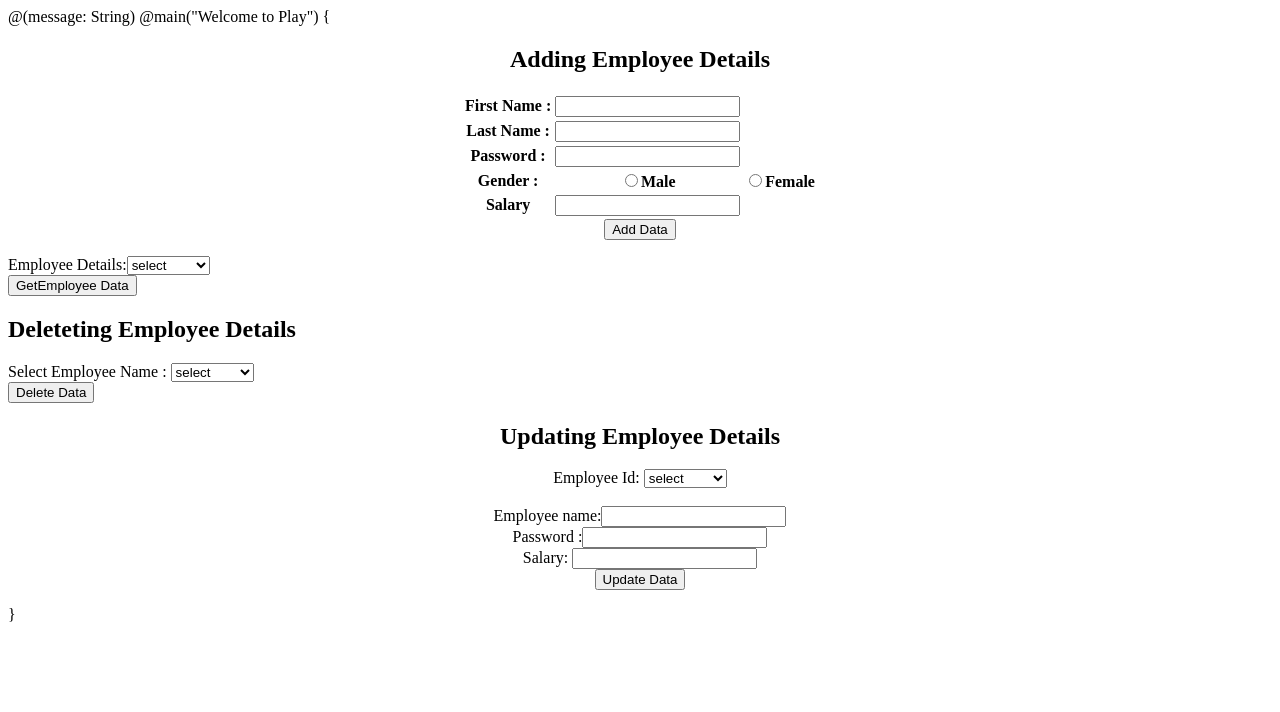
Repository: PoonamDeokar/SalesTool
Page: CrudDemo/app/views/index.scala.html
These files come from the project's save history. The page is drawn as it stood at one moment and after the next save; the edit follows.
The browser window is 1280 px wide. The pictures show the whole page.

Above is the page before, as saved 2016-09-16 09:18:13.

### CrudDemo/app/views/index.scala.html

@(message: String)

@main("Welcome to Play") {


  	<form action ="@routes.HomeController.addEmp()" method="post">

    	<center>
    	<h2>Adding Employee Details </h2>
    	<table>
    	<tr>
    		<th>First Name :</th>
    		<th><input type="text" name="fname"></th>
    	</tr>
    	<tr>
    		<th>Last Name :</th>
    		<th><input type="text" name="lname"></th>
    	</tr>
    	<tr>
    		<th>Password :</th>
    		<th><input type="password" name="pass"></th>
    	</tr>
    	<tr>
    		<th>Gender :</th>
    		<th><input type="radio" name="gen" value="male">Male<br></th>
    		<th><input type="radio" name="gen" value="fmale">Female<br></th>
    	</tr>
    	<tr>
    		<th>Salary</th>
    		<th><input type="text" name="sal"></th>
    	</tr>

    	 </table>
    	 <input type="submit"  value="Add Data"/>
    	</center>
    </form>

    <form action="@routes.HomeController.getEmp()" method="get">
    <right>
    	Employee Details:<select name="eid">
    	<option value="0">select</option>
    	@for(emp<-Employee.find.all()){
    		<option value="@emp.eid">@emp.eid</option>
    	}

    	</select><br/>
    	<input type="submit" value="GetEmployee Data"/>
    </right>
    </form>

    <form action="@routes.HomeController.deleteEmp()" method="get">
    <h2>Deleteting Employee Details</h2>

    Select Employee Name : <select name="eid">
    <option value="0">select</option>
    @for(emp<-Employee.find.all){
    	<option value=@emp.eid>@emp.eid</option>
    }
    </select><br>
    <input type="submit" value="Delete Data"/>

    </form>

    <form action="@routes.HomeController.updateEmp()" method="post">
    <center>
    <h2>Updating Employee Details</h2>
    Employee Id: <select name="eid">
    	<option value="0">select</option>
    	@for(emp<-Employee.find.all){
    		<option value=@emp.eid>@emp.eid</option>
    	}
    </select><br><br>
    Employee name:<input type="text" name="fname"/><br>
    Password :<input type="password" name="pass"/><br>
    Salary: <input type="text" name="sal"/><br>

    <input type="submit" value="Update Data"/>
	</center>

    </form>

}

After the next save:
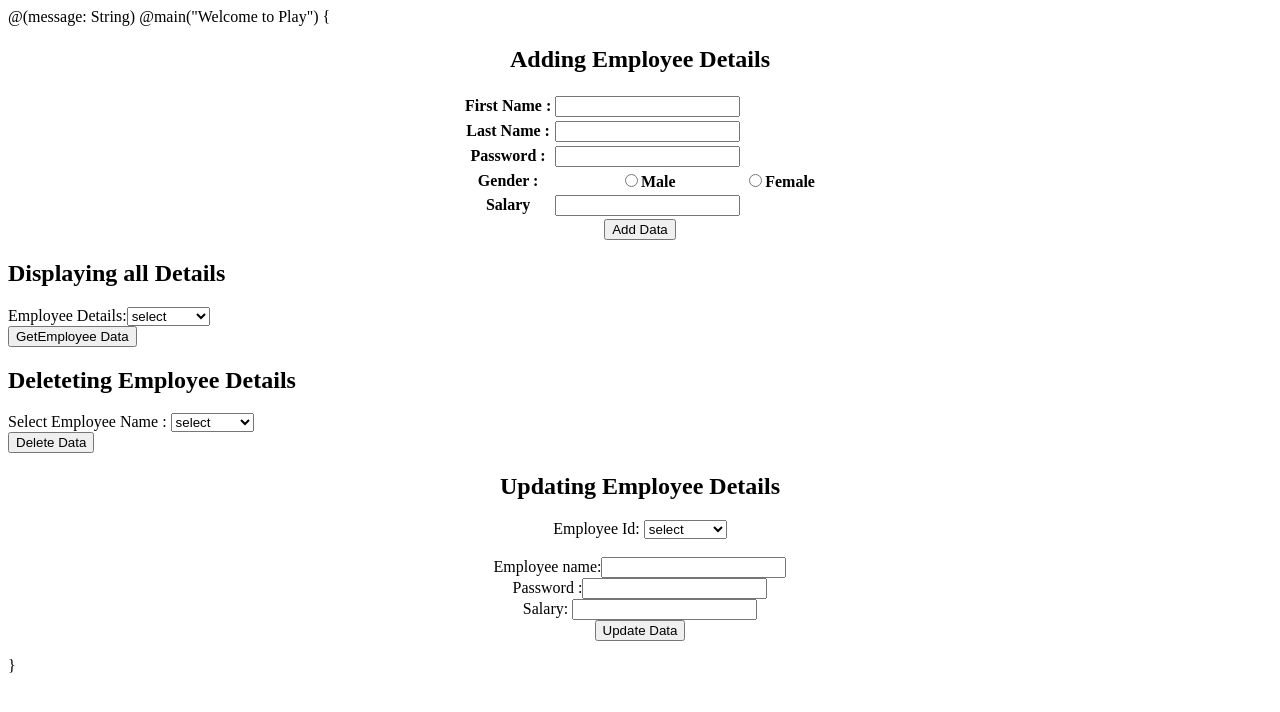
Saved 32 s later.
--- a/CrudDemo/app/views/index.scala.html
+++ b/CrudDemo/app/views/index.scala.html
@@ -37,6 +37,7 @@
     </form>
 
     <form action="@routes.HomeController.getEmp()" method="get">
+    <h2>Displaying all Details</h2>
     <right>
     	Employee Details:<select name="eid">
     	<option value="0">select</option>
